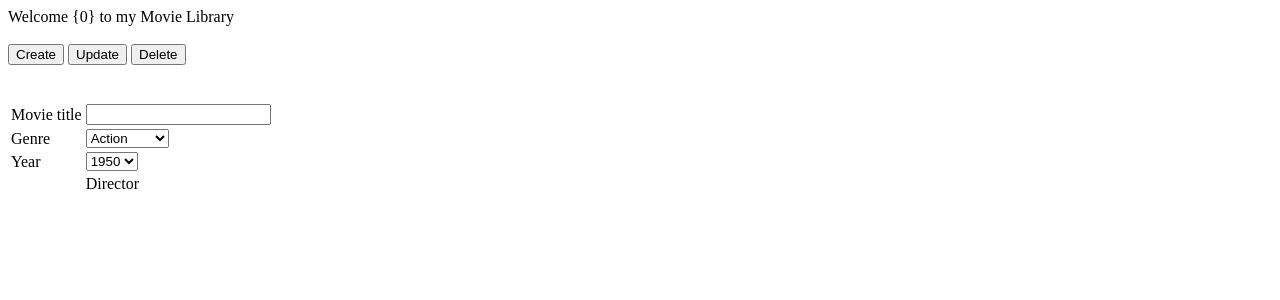
Repository: Romanetvin/InteractMovieLibrary
Page: http://localhost/Interact/views/home.jsp
The author's editor kept a copy of each file at every save. The page is drawn from the files as they stood at one save, then again after the next save.
The browser window is 1280 px wide. The pictures show the whole page.
The page is served by Tomcat 9.

Above is the page before, as saved 2017-02-01 14:16:47.

After the next save:
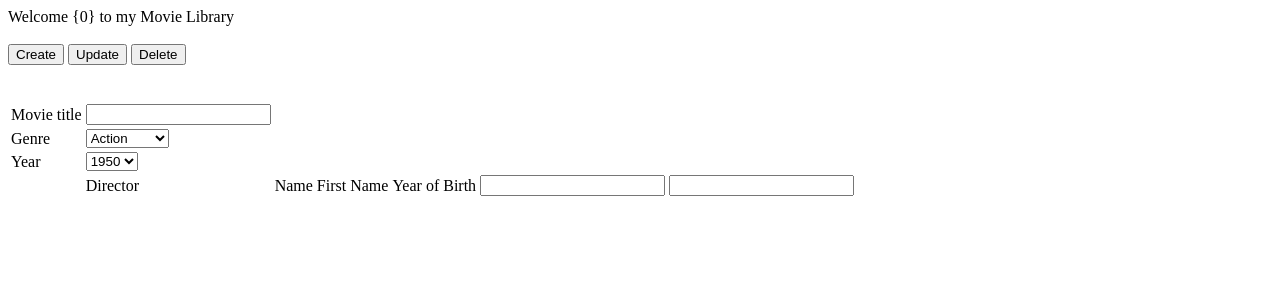
Saved 4 min 36 s later.
--- a/Interact/src/main/webapp/views/home.jsp
+++ b/Interact/src/main/webapp/views/home.jsp
@@ -57,6 +57,8 @@
 				</tr>
 				<tr>
 				<td></td><td> Director</td>
+				<td>Name</td><td>First Name</td><td>Year of Birth</td>
+				<td><input type="text" name="directorName"</td><td><input type="text" name="directorFN"</td>
 				</tr>
 			</table>
 
